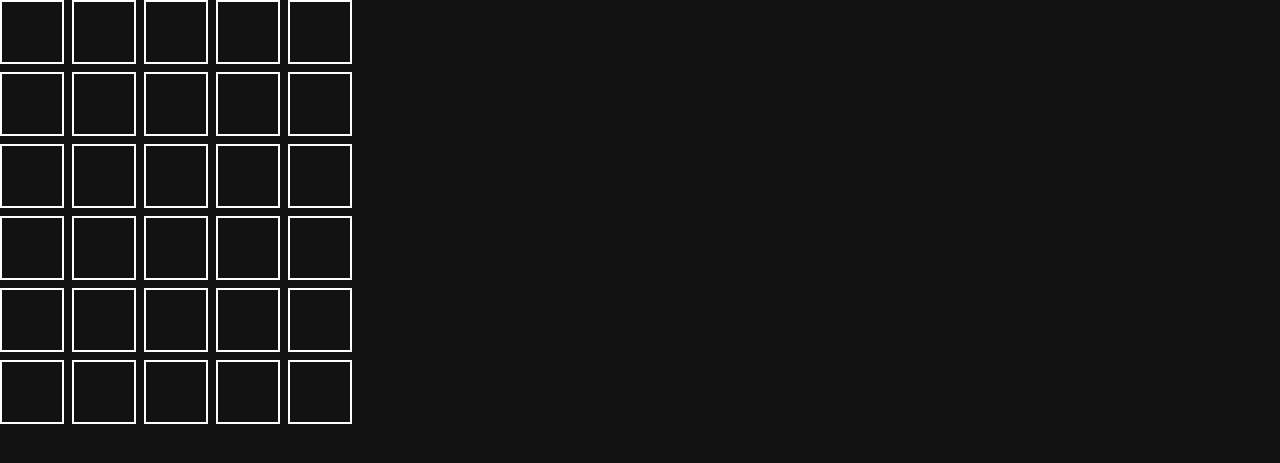
Repository: maxempolk/wordle-app
Page: / (app in frontend/)
An editor plug-in stored every save of this project. The page is shown before and after the next save, followed by the edit.
The browser window is 1280 px wide. The pictures show the whole page.
The project was rebuilt for these pictures with package versions that can differ from the ones it lists, and the page was loaded fresh each time. Also part of the build but not shown: frontend/vite.config.ts.

Above is the page before, as saved 2025-02-19 02:44:27.

### frontend/src/assets/main.css
@import 'tailwindcss';

body {
  background-color: #121213;
}

### frontend/src/App.vue
<script setup lang="ts">
import { computed, onMounted, ref } from 'vue'
import TheLetter from './components/TheLetter.vue'
import { useTemplateRef } from 'vue'
import { paintWordle } from './utils/wordle'
import { useRealWordStore } from './stores/realWord'

const store = useRealWordStore()

const words = ref<string[]>([])
const currentWord = ref<string>('')

type letterType = InstanceType<typeof TheLetter>
const letters = useTemplateRef<letterType[]>('letter')

const completeWord = () => {
  if (words.value.length >= 6 || currentWord.value === undefined) return
  words.value.push(currentWord.value)
  currentWord.value = ''
}

const slotsForCurrentWord = () => {
  const count = words.value.length
  return Array.from({ length: 5 }, (_, i) => count * 5 + i)
}

onMounted(() => {
  addEventListener('keydown', (e: KeyboardEvent) => {
    if (e.key == 'Enter' && currentWord.value.length == 5) {
      const colors = paintWordle(store.word, currentWord.value)
      slotsForCurrentWord().forEach((el: number) => {
        if (letters.value !== null) {
          letters.value[el].completeAnimation(colors[el % 5])
        }
      })
      completeWord()
    } else if (e.key == 'Backspace') currentWord.value = currentWord.value.slice(0, -1)
    else if (e.key.length == 1 && currentWord.value.length < 5) {
      currentWord.value += e.key
    }
  })
})

const rawData = computed(() => {
  return words.value.reduce((word1, word2) => word1 + word2, '') + currentWord.value
})
</script>

<template>
  <div class="grid gap-2 grid-cols-5 w-fit">
    <TheLetter v-for="i in 30" :key="i" :model-value="rawData[i - 1]" ref="letter" />
  </div>
</template>

<style scoped></style>

### frontend/src/components/TheLetter.vue
<script setup lang="ts">
import { computed, ref, useTemplateRef, watch } from 'vue'
import { type State } from '@/types/state'

const props = defineProps<{
  modelValue?: string
}>()

const completed = ref(false)
const blockComp = useTemplateRef('block')

const scaleAnimation = () => {
  blockComp.value?.classList.add('scale-110')

  setTimeout(() => {
    blockComp.value?.classList.remove('scale-110')
  }, 150)
}

const stateToColor = (state: State) => {
  if (state == 'placed') return ['bg-[#548D4F]', 'border-[#548D4F]']
  else if (state == 'in-word') return ['bg-[#B69F3B]', 'border-[#B69F3B]']
  return ['bg-[#3A3A3C]', 'border-[#3A3A3C]']
  // else if (state == 'wrong') return 'bg-[#3A3A3C]'
}

const completeAnimation = (state: State) => {
  blockComp.value?.classList.add('rotateAnimation')
  completed.value = false

  setTimeout(() => {
    blockComp.value?.classList.add(...stateToColor(state))
  }, 150)

  setTimeout(() => {
    blockComp.value?.classList.remove('rotateAnimation')
  }, 300)
}

const borderDefaultColor = computed(() => {
  if (completed.value) return ''
  if (props.modelValue == undefined) if (props.modelValue === undefined) return 'border-[#3A3A3C]'
  return 'border-[#565758]'
})

watch(
  () => props.modelValue,
  () => {
    scaleAnimation()
  },
)

defineExpose({ completeAnimation })
</script>

<template>
  <div
    class="w-16 h-16 border-2 text-white flex justify-center items-center text-3xl uppercase duration-150"
    ref="block"
  >
    {{ modelValue }}
  </div>
</template>

<style scoped>
@keyframes rotateAnimationKeyFrames {
  0% {
    transform: scaleY(1);
  }
  50% {
    transform: scaleY(0);
  }
  100% {
    transform: scaleY(1);
  }
}

.rotateAnimation {
  animation: rotateAnimationKeyFrames 0.3s linear;
}
</style>

### frontend/src/utils/wordle.ts
import type { State } from '@/types/state'

export function paintWordle(guess: string, secretWord: string) {
  guess = guess.toLowerCase()
  secretWord = secretWord.toLowerCase()

  if (guess.length !== secretWord.length) {
    throw new Error('Words must be of the same length')
  }

  const result = Array(guess.length).fill('wrong')
  const secretWordArray = secretWord.split('') as Array<string | null>

  for (let i = 0; i < guess.length; i++) {
    if (guess[i] === secretWord[i]) {
      result[i] = 'placed'
      secretWordArray[i] = null
    }
  }

  for (let i = 0; i < guess.length; i++) {
    if (result[i] !== 'correct') {
      const index = secretWordArray.indexOf(guess[i])
      if (index !== -1) {
        result[i] = 'in-word'
        secretWordArray[index] = null
      }
    }
  }

  return result as State[]
}

### frontend/src/stores/realWord.ts
import { defineStore } from 'pinia'

export const useRealWordStore = defineStore('realWord', {
  state: () => ({
    word: 'penis',
  }),
  getters: {
    wordValue: (state) => state.word,
  },
  actions: {
    change(newWord: string) {
      this.word = newWord
    },
  },
})

Loaded but not shown: frontend/index.html (common file); frontend/src/main.ts (common file)

After the next save:
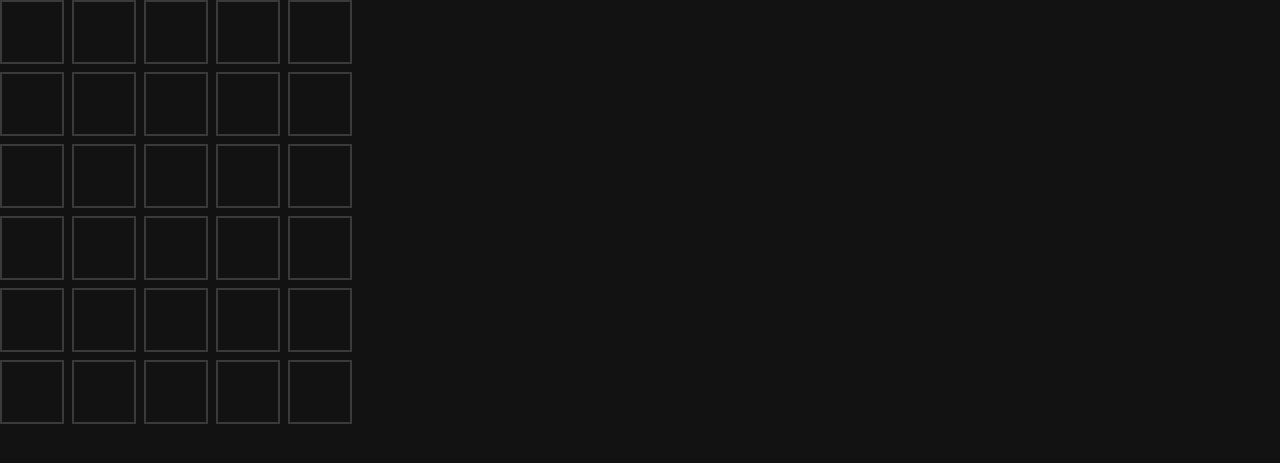
Saved 6 s later.
--- a/frontend/src/components/TheLetter.vue
+++ b/frontend/src/components/TheLetter.vue
@@ -56,6 +56,7 @@
 <template>
   <div
     class="w-16 h-16 border-2 text-white flex justify-center items-center text-3xl uppercase duration-150"
+    :class="borderDefaultColor"
     ref="block"
   >
     {{ modelValue }}

After the 3 saves that followed:
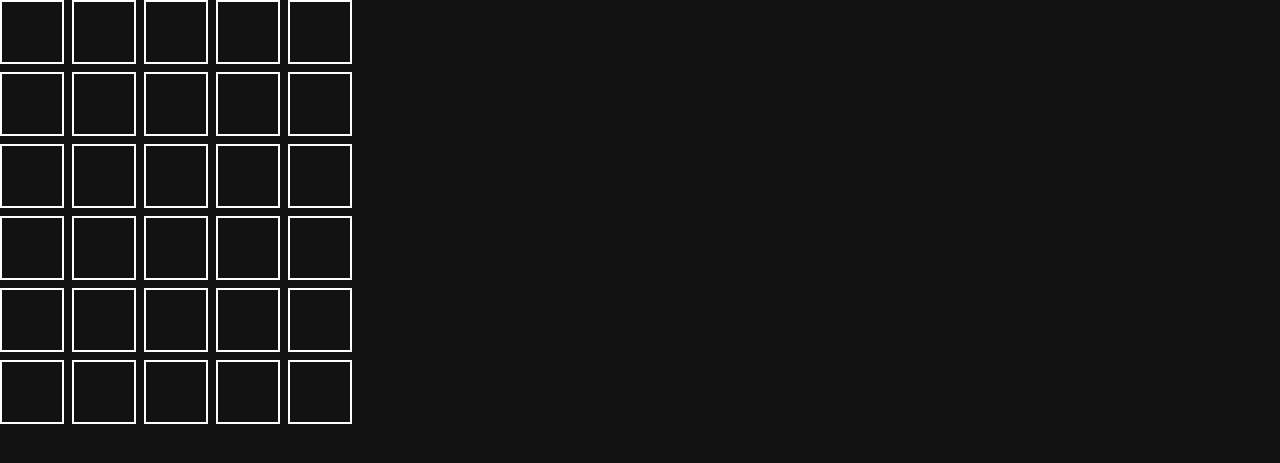
The 3 saves are shown as one change because 2 left the picture as it was.
The last was saved 78 s later.
--- a/frontend/src/components/TheLetter.vue
+++ b/frontend/src/components/TheLetter.vue
@@ -25,8 +25,8 @@
 }
 
 const completeAnimation = (state: State) => {
+  completed.value = true
   blockComp.value?.classList.add('rotateAnimation')
-  completed.value = false
 
   setTimeout(() => {
     blockComp.value?.classList.add(...stateToColor(state))
@@ -56,7 +56,6 @@
 <template>
   <div
     class="w-16 h-16 border-2 text-white flex justify-center items-center text-3xl uppercase duration-150"
-    :class="borderDefaultColor"
     ref="block"
   >
     {{ modelValue }}
